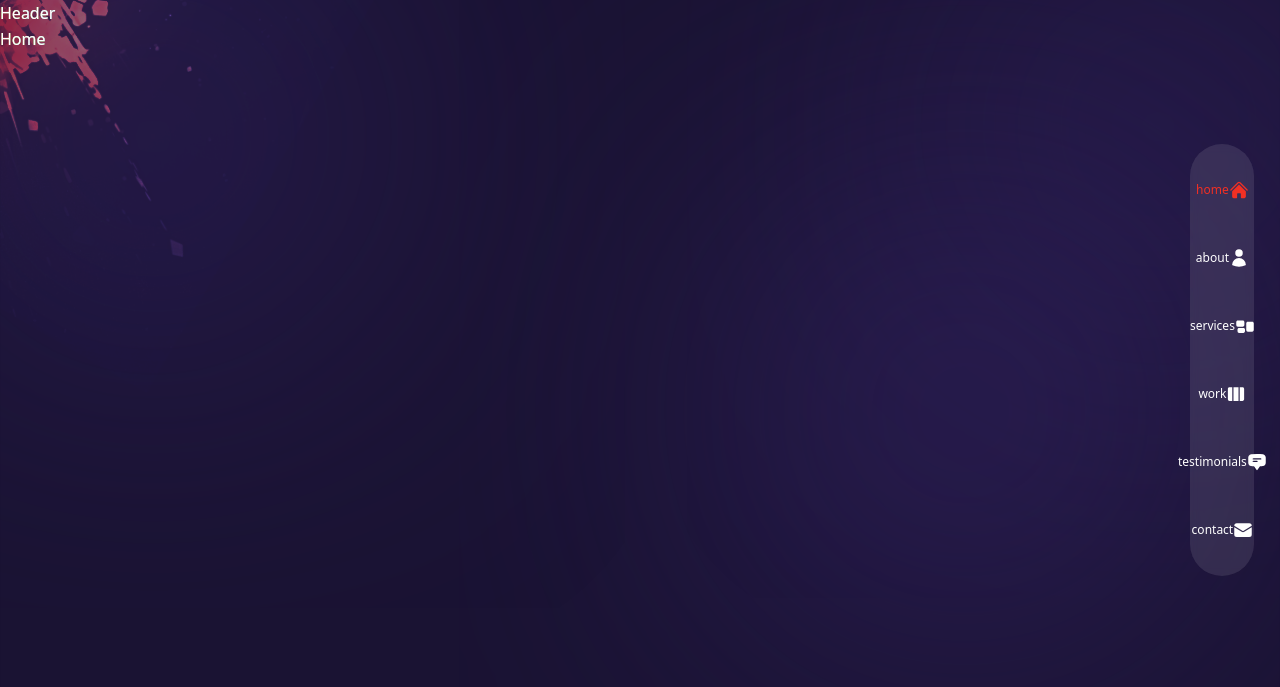
Repository: AchourMaryem/My-personal-portfolio
Page: /
These files come from the project's save history. The page is drawn as it stood at one moment and after the next save; the edit follows.
The browser window is 1280 px wide. The pictures show the whole page.
The project was rebuilt for these pictures with package versions that can differ from the ones it lists, and the page was loaded fresh each time. The framework's server and built-in components were replaced by stand-ins that run in the browser. Also part of the build but not shown: next.config.js.

Above is the page before, as saved 2023-09-21 12:35:56.

### pages/_app.js
import '../styles/globals.css';
import Layout from '../components/Layout';
function MyApp({ Component, pageProps }) {
  return(
  <Layout>
  <Component {...pageProps} />
  </Layout>
  );
}

export default MyApp;

### components/Layout.js
import {Sora} from '@next/font/google'


const sora = Sora({
  subsets:['latin'],
  variable:'--font-sora',
  weight:['100','200','300','400','500','600','700','800'],
});
import Nav from '../components/Nav'
import Header from '../components/Header'
import TopLeftImg from '../components/TopLeftImg'

const Layout = ({children}) => {
  return <div className={'page bg-site text-white bg-cover bg-no-repeat ${sora.variable} font-sora relative '}>
   <TopLeftImg />
    <Nav />
    <Header />
    {children}
  </div>;
};

export default Layout;

### components/Nav.js
// icons
import {
  HiHome,
  HiUser,
  HiViewColumns,
  HiRectangleGroup,
  HiChatBubbleBottomCenterText,
  HiEnvelope,
} from 'react-icons/hi2';

// nav data
export const navData = [
  { name: 'home', path: '/', icon: <HiHome /> },
  { name: 'about', path: '/about', icon: <HiUser /> },
  { name: 'services', path: '/services', icon: <HiRectangleGroup /> },
  { name: 'work', path: '/work', icon: <HiViewColumns /> },
  {
    name: 'testimonials',
    path: '/testimonials',
    icon: <HiChatBubbleBottomCenterText />,
  },
  {
    name: 'contact',
    path: '/contact',
    icon: <HiEnvelope />,
  },
];
import Link from 'next/link';
import { useRouter } from 'next/router';
const Nav = () => {
  const router = useRouter();
  const pathname = router.pathname;
  return (
    <nav className='flex flex-col items-center xl:justify-center gap-y-4 fixed h-max bottom-0 mt-auto xl:right-[2%] z-50 top-0 w-full xl:w-16 xl:max-w-md xl:h-screen' >
      {/*inner*/}
      <div className='flex w-full xl:flex-col items-center justify-between xl:justify-center gap-y-10 px-4 md:px-40 xl:px-0 h-[80px] xl:h-max py-8 bg-white/10 backdrop-blur-sm text-3xl xl:text-xl xl:rounded-full '>
        {navData.map((link, index) => {
         return(
          <Link
          className={`${link.path === pathname && 'text-accent'} relative flex items-center group hover:text-accent transition-all duration-300`}
          href={link.path}
          key={index}
          >

          {/* tooltip */}
          <div className=''>
          <div className='text-[12px]'>{link.name}</div>
          </div>
         <div> {link.icon}</div>

        </Link>
        );
})}
      </div>
    </nav>
  );
};

export default Nav;

### components/TopLeftImg.js
import Image from "next/image";
const TopLeftImg = () => {
  return <div className="absolute left-0 top-0 mix-blend-color-dodge z-10 w-[200px] xl:w-[400px] opacity-50">
    <Image src='/top-left-img.png' width={400} height={400}  alt=""/>
  </div>;
};

export default TopLeftImg;

Loaded but not shown: pages/index.js (common file); styles/globals.css (common file); components/Header.js (common file); tailwind.config.js (common file)

After the next save:
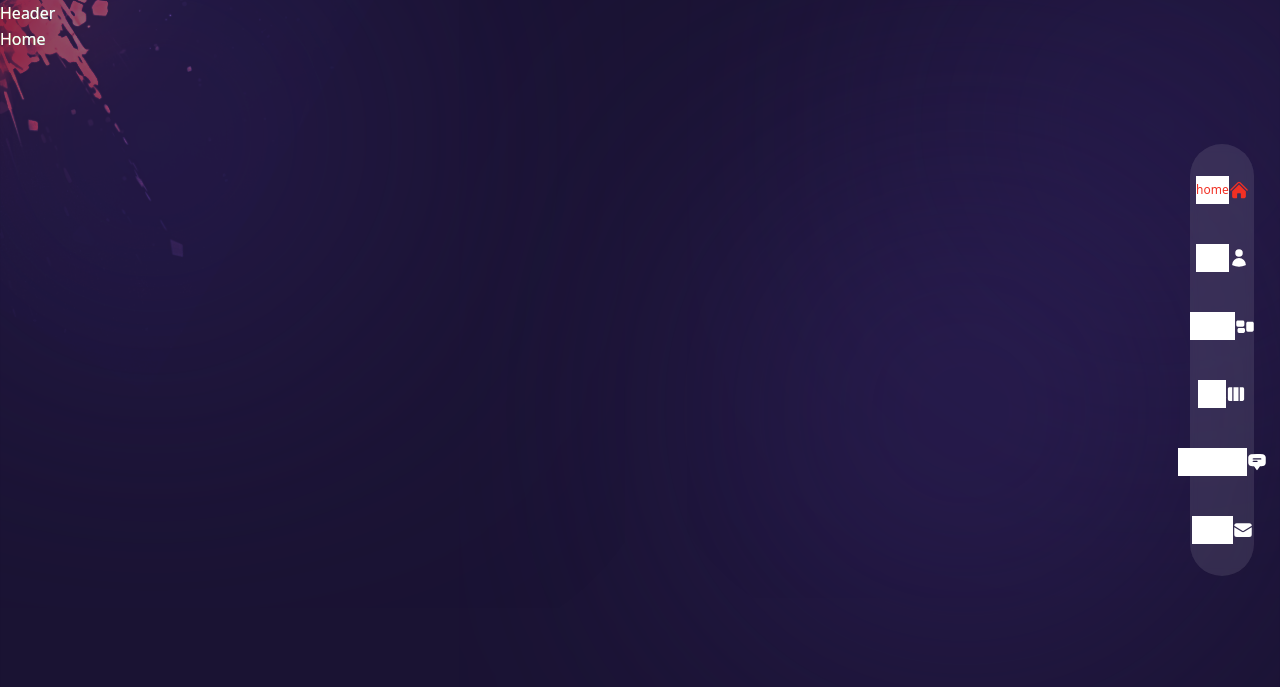
Saved 10 s later.
--- a/components/Nav.js
+++ b/components/Nav.js
@@ -43,7 +43,7 @@ const Nav = () => {
           >
 
           {/* tooltip */}
-          <div className=''>
+          <div className='bg-white relative'>
           <div className='text-[12px]'>{link.name}</div>
           </div>
          <div> {link.icon}</div>
